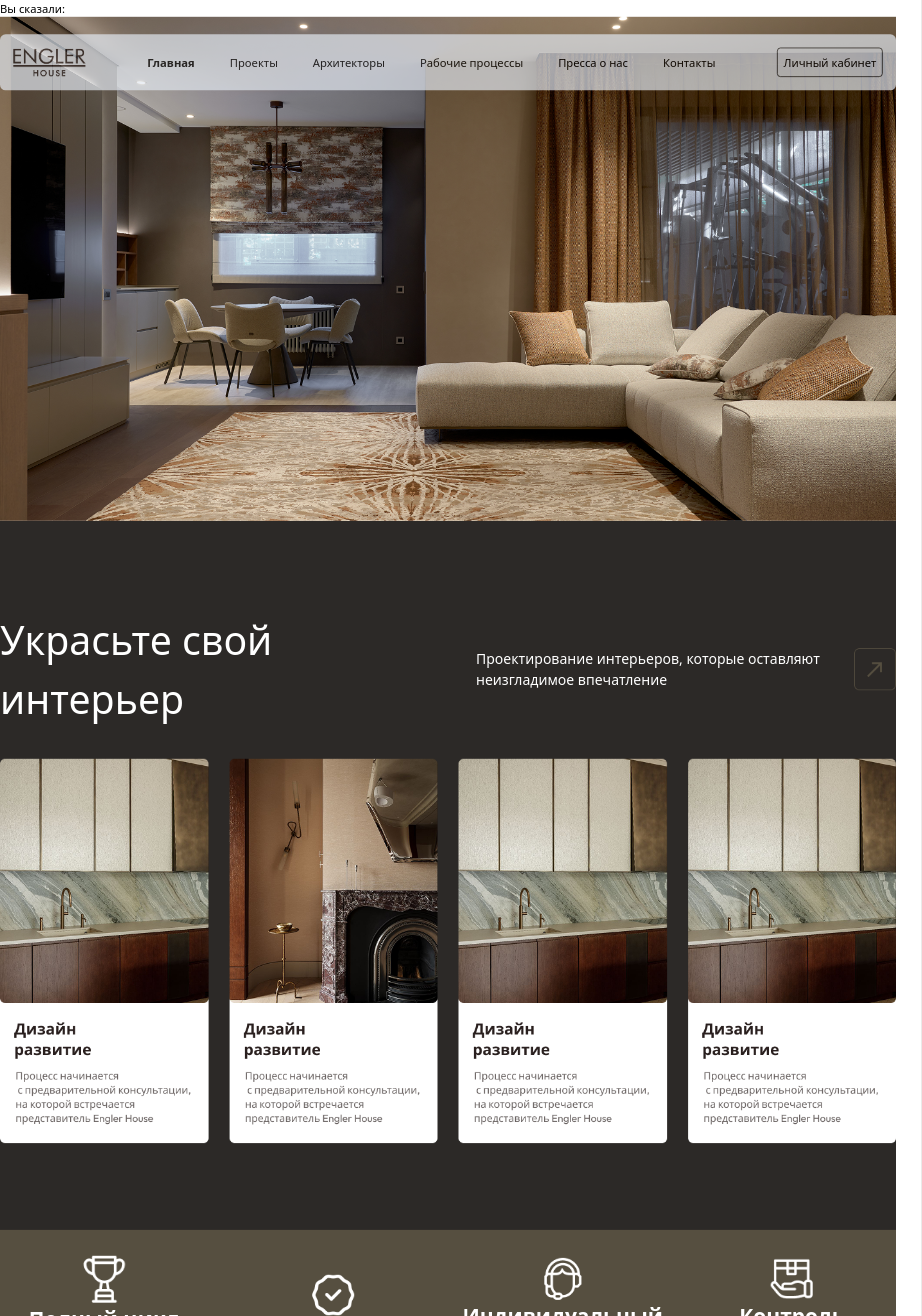
Repository: Quvonch299/figma
Page: index.html
The author's editor kept a copy of each file at every save. The page is drawn from the files as they stood at one save, then again after the next save.
The browser window is 1280 px wide. The page is 1317 px wide, so the pictures cover 1317 px, including what lies to the right of the window. The pictures show the part of the page from y = 0 to 1880 px (the page is 5203 px tall before and 5179 px after), at 70% of full size.

Above is the page before, as saved 2025-10-06 20:38:03.

### index.html
Вы сказали:
<!DOCTYPE html>
<html lang="en">

<head>
    <meta charset="UTF-8">
    <meta name="viewport" content="width=device-width, initial-scale=1.0">

    <title>ENGLISH HOME</title>
    <link rel="stylesheet" href="style.css">
    <script src="https://cdn.jsdelivr.net/npm/@tailwindcss/browser@4"></script>

</head>

<body>
    <header class="header relative">
        <nav class="navbar pt-[25px]">
            <div class="container">
                <div
                    class="item flex justify-between items-center bg-slate-200 p-[19px] rounded-[8px] opacity-70 relative">

                    <div class="logo">
                        <img src="./imgs/header/header_logo.png" alt="logo" class="w-[140px]">
                    </div>

                    <button id="menu-btn"
                        class="sm:hidden flex flex-col justify-center items-center space-y-1.5 w-8 h-8 bg-black text-white rounded-md">
                        <span class="w-5 h-[2px] bg-white block"></span>
                        <span class="w-5 h-[2px] bg-white block"></span>
                        <span class="w-5 h-[2px] bg-white block"></span>
                    </button>

                    <div id="menu"
                        class="list flex gap-[50px] max-sm:hidden absolute sm:static top-full left-0 w-full sm:w-auto bg-slate-100 sm:bg-transparent flex-col sm:flex-row items-center sm:space-y-0 space-y-4 p-5 sm:p-0 rounded-b-lg z-50">
                        <a class="text-[black] font-bold" href="./pages/index.htm">Главная</a>
                        <a class="text-[black] hover:font-bold" href="./pages/index.html">Проекты</a>
                        <a class="text-[black] hover:font-bold" href="./pages/index3.html">Архитекторы</a>
                        <a class="text-[black] hover:font-bold" href="./pages/index4.html">Рабочие процессы</a>
                        <a class="text-[black] hover:font-bold" href="./pages/index5.html">Пресса о нас</a>
                        <a class="text-[black] hover:font-bold" href="./pages/index6.html">Контакты</a>
                        <button
                            class="border border-black px-3 py-2 rounded-md hover:bg-black hover:text-white transition sm:hidden">Личный
                            кабинет</button>
                    </div>

                    <div class="btn max-sm:hidden">
                        <button class="border p-2 rounded-[5px]">Личный кабинет</button>
                    </div>

                </div>
            </div>
        </nav>
    </header>

    <main class="main bg-[#2C2927]">
        <section class="sec_1">
            <div class="container">
                <div
                    class="sec_contan1 grid grid-cols-2 pt-[128px] gap-[80px] justify-center items-center max-sm:flex max-sm:flex-col max-sm:gap-0">
                    <h2 class="text-white text-[56px] max-sm:text-[30px]">Украсьте свой интерьер</h2>
                    <p
                        class="text-white text-[20px] max-sm:text-[16px] flex gap-[40px] hover:text-white/35 duration-500 hover:scale-90 ">
                        Проектирование
                        интерьеров,
                        которые оставляют
                        неизгладимое
                        впечатление<img class="max-sm:h-[50px]" src="./imgs/section.png" alt=""></p>
                </div>
            </div>
        </section>
        <section class="sec_2">
            <div class="container">
                <div class="sec_contan2 grid grid-cols-4 gap-[30px] pt-[44px] max-sm:grid-cols-2">
                    <img class="hover:translate-y-[-40px] transition-all divide-purple-700"
                        src="./imgs/section.img/sec.png" alt="">
                    <img class="hover:translate-y-[-40px] transition-all divide-purple-700"
                        src="./imgs/section.img/sec3.png" alt="">
                    <img class="hover:translate-y-[-40px] transition-all divide-purple-700"
                        src="./imgs/section.img/sec.png" alt="">
                    <img class="hover:translate-y-[-40px] transition-all divide-purple-700"
                        src="./imgs/section.img/sec.png" alt="">
                </div>
            </div>
        </section>
        <section
            class="sec_3 mt-[124px] bg-[#564F40] h-[274px] flex justify-center items-center max-sm:h-auto max-sm:py-10 max-sm:px-4">
            <div class="sec_contan3 grid grid-cols-4 gap-[30px] max-sm:grid-cols-2 max-sm:gap-[20px] max-sm:w-full">
                <div class="item text-white flex flex-col justify-center items-center text-center max-sm:gap-2">
                    <img src="./imgs/section.img/kubok.png" alt="" class="w-[60px] max-sm:w-[40px]">
                    <h2 class="text-[30px] max-sm:text-[20px] font-semibold">Полный цикл работ</h2>
                    <p class="text-[16px] text-white/40 max-sm:text-[13px] leading-snug">
                        От эскиза до готового интерьера<br>
                        — под ключ
                    </p>
                </div>

                <div class="item text-white flex flex-col justify-center items-center text-center max-sm:gap-2">
                    <img src="./imgs/section.img/galichka.png" alt="" class="w-[60px] max-sm:w-[40px]">
                    <h2 class="text-[30px] max-sm:text-[20px] font-semibold">3D-визуализация</h2>
                    <p class="text-[16px] text-white/40 max-sm:text-[13px] leading-snug">
                        Увидите свой будущий интерьер <br> еще до начала ремонта
                    </p>
                </div>

                <div class="item text-white flex flex-col justify-center items-center text-center max-sm:gap-2">
                    <img src="./imgs/section.img/operator.png" alt="" class="w-[60px] max-sm:w-[40px]">
                    <h2 class="text-[30px] max-sm:text-[20px] font-semibold">Индивидуальный подход</h2>
                    <p class="text-[16px] text-white/40 max-sm:text-[13px] leading-snug">
                        Интерьер, который отражает<br> именно ваш характер
                    </p>
                </div>

                <div class="item text-white flex flex-col justify-center items-center text-center max-sm:gap-2">
                    <img src="./imgs/section.img/shipping.png" alt="" class="w-[60px] max-sm:w-[40px]">
                    <h2 class="text-[30px] max-sm:text-[20px] font-semibold">Контроль качества</h2>
                    <p class="text-[16px] text-white/40 max-sm:text-[13px] leading-snug">
                        Гарантия, что проект будет<br> реализован точно по плану
                    </p>
                </div>
            </div>
        </section>
        <section class="sec_4">
            <div class="container">
                <div class="sec_contan4">
                    <div
                        class="sec_contan1 grid grid-cols-2 pt-[128px] gap-[80px] justify-center items-center max-sm:grid-cols-1 max-sm:pt-[60px] max-sm:gap-[20px] max-sm:text-center max-sm:px-4">
                        <h2 class="text-white text-[56px] max-sm:text-[32px] font-semibold">Наши проекты</h2>
                        <p
                            class="text-white text-[20px] flex gap-[40px] hover:text-white/35 duration-500 hover:scale-90 max-sm:text-[14px] max-sm:flex-col max-sm:gap-[10px] max-sm:items-center max-sm:justify-center">
                            Проектирование интерьеров, которые оставляют
                            неизгладимое впечатление
                            <img class="text-white w-[40px] max-sm:w-[30px]" src="./imgs/section.img/sec_copy.png"
                                alt="">
                        </p>
                    </div>
                </div>
            </div>
        </section>

        <section class="py-24 bg-[#2C2927] max-sm:py-12 max-sm:px-4">
            <div class="container mx-auto px-6 max-sm:px-0">
                <div class="sec_contan5">
                    <div class="grid grid-cols-1 md:grid-cols-3 gap-8 cards max-sm:gap-6">

                        <div class="relative group overflow-hidden rounded-xl cursor-pointer card">
                            <img src="./imgs/section.img/sec3 copy.png" alt="Проект"
                                class="w-full h-[450px] object-cover transition-transform duration-500 group-hover:scale-105 max-sm:h-[280px]">
                            <div
                                class="absolute bottom-0 left-0 right-0 bg-[#5C5247] text-white p-6 translate-y-full group-hover:translate-y-0 transition-all duration-500 card_hover max-sm:p-4 max-sm:text-center">
                                <h3 class="text-xl font-semibold mb-2 max-sm:text-[18px]">Проект</h3>
                                <p class="text-sm mb-4 max-sm:text-[13px]">Процесс начинается с создания вдохновенного
                                    интерьера</p>
                                <div class="flex justify-end max-sm:justify-center">
                                    <img src="./imgs/header/heder_input_img.png" alt="strelka" class="w-6 h-6">
                                </div>
                            </div>
                        </div>

                        <div class="relative group overflow-hidden rounded-xl cursor-pointer card">
                            <img src="./imgs/section.img/sec4.png" alt="Проект"
                                class="w-full h-[450px] object-cover transition-transform duration-500 group-hover:scale-105 max-sm:h-[280px]">
                            <div
                                class="absolute bottom-0 left-0 right-0 bg-[#5C5247] text-white p-6 translate-y-full group-hover:translate-y-0 transition-all duration-500 card_hover max-sm:p-4 max-sm:text-center">
                                <h3 class="text-xl font-semibold mb-2 max-sm:text-[18px]">Проект</h3>
                                <p class="text-sm mb-4 max-sm:text-[13px]">Процесс начинается с создания вдохновенного
                                    интерьера</p>
                                <div class="flex justify-end max-sm:justify-center">
                                    <img src="./imgs/header/heder_input_img.png" alt="strelka" class="w-6 h-6">
                                </div>
                            </div>
                        </div>

                        <div class="relative group overflow-hidden rounded-xl cursor-pointer card">
                            <img src="./imgs/section.img/sec5.png" alt="Проект"
                                class="w-full h-[450px] object-cover transition-transform duration-500 group-hover:scale-105 max-sm:h-[280px]">
                            <div
                                class="absolute bottom-0 left-0 right-0 bg-[#5C5247] text-white p-6 translate-y-full group-hover:translate-y-0 transition-all duration-500 card_hover max-sm:p-4 max-sm:text-center">
                                <h3 class="text-xl font-semibold mb-2 max-sm:text-[18px]">Проект</h3>
                                <p class="text-sm mb-4 max-sm:text-[13px]">Процесс начинается с создания вдохновенного
                                    интерьера</p>
                                <div class="flex justify-end max-sm:justify-center">
                                    <img src="./imgs/header/heder_input_img.png" alt="strelka" class="w-6 h-6">
                                </div>
                            </div>
                        </div>

                    </div>
                </div>
            </div>
        </section>


        <section class="sec_7 bg-[#564F40] p-[124px] max-sm:p-[40px]">
            <div class="container">
                <div class="sec_contan7 grid grid-cols-2 gap-[54px] max-sm:grid-cols-1 max-sm:gap-[30px]">
                    <div class="left flex justify-center">
                        <img src="./imgs/section.img/ChatGPT Image 2 окт. 2025 г., 18_27_01.png" alt=""
                            class="w-full max-sm:w-[90%] rounded-[8px]">
                    </div>
                    <div class="rigth">
                        <div
                            class="grid grid-cols-2 gap-[0px] justify-center items-center max-sm:grid-cols-1 max-sm:text-center">
                            <h2 class="text-[43px] text-white font-mono max-sm:text-[28px] max-sm:mb-4">Пресса о нас
                            </h2>
                            <img class="ml-[176px] max-sm:ml-0 max-sm:mx-auto max-sm:w-[50px]"
                                src="./imgs/secAll/query.png" alt="">
                        </div>
                        <div class="h2&&p mt-[74px] grid gap-5 max-sm:mt-[40px]">
                            <div>
                                <h2 class="text-white text-[24px] font-bold max-sm:text-[20px]">Высокое качество</h2>
                                <p class="text-[16px] text-white/40 max-sm:text-[14px]">Изготовлен из
                                    высококачественных<br> материалов</p>
                            </div>
                            <div>
                                <h2 class="text-white text-[24px] font-bold max-sm:text-[20px]">Гарантийная защита</h2>
                                <p class="text-[16px] text-white/40 max-sm:text-[14px]">Более 2 лет</p>
                            </div>
                            <div>
                                <h2 class="text-white text-[24px] font-bold max-sm:text-[20px]">Беплатная доставка</h2>
                                <p class="text-[16px] text-white/40 max-sm:text-[14px]">Заказ на сумму более 150
                                    долларов</p>
                            </div>
                            <div>
                                <h2 class="text-white text-[24px] font-bold max-sm:text-[20px]">Поддержка 24/7</h2>
                                <p class="text-[16px] text-white/40 max-sm:text-[14px]">Специальная поддержка</p>
                            </div>
                        </div>
                    </div>
                </div>
            </div>
        </section>

        <section class="sec_8 pb-[90px] max-sm:pb-[40px]">
            <div class="container">
                <div class="sec_contan8">
                    <div
                        class="sec_contan1 grid grid-cols-2 pt-[128px] gap-[80px] justify-center items-center mb-[98px] max-sm:grid-cols-1 max-sm:pt-[60px] max-sm:gap-[30px] max-sm:text-center">
                        <h2 class="text-white text-[56px] max-sm:text-[32px]">Наши архитекторы</h2>
                        <p
                            class="text-white text-[20px] flex gap-[40px] hover:text-white/35 duration-500 hover:scale-90 max-sm:text-[16px] max-sm:justify-center max-sm:flex-col max-sm:items-center">
                            Проектирование интерьеров, которые оставляют неизгладимое впечатление
                            <img class="text-white max-sm:mt-[10px] max-sm:w-[50px]"
                                src="./imgs/section.img/sec_copy.png" alt="">
                        </p>
                    </div>

                    <div
                        class="sec_contan6 grid grid-cols-4 gap-[44px] max-sm:grid-cols-1 max-sm:gap-[30px] max-sm:justify-items-center">
                        <div
                            class="item w-[324px] bg-white rounded-[8px] hover:translate-y-[-50px] duration-700 hover:bg-[#564F40] hover:text-white max-sm:w-[90%]">
                            <img class="w-full" src="./imgs/section.img/sec4.png" alt="">
                            <div class="p-[15px]">
                                <h2 class="text-[24px] font-bold max-sm:text-[20px]">Архитектор 1</h2>
                                <p class="text-[16px] max-sm:text-[14px]">Процесс начинается с создания вдохновенного
                                    интерьера</p>
                            </div>
                        </div>

                        <div
                            class="item w-[324px] bg-white rounded-[8px] hover:translate-y-[-50px] duration-700 hover:bg-[#564F40] hover:text-white max-sm:w-[90%]">
                            <img class="w-full" src="./imgs/section.img/sec5.png" alt="">
                            <div class="p-[15px]">
                                <h2 class="text-[24px] font-bold max-sm:text-[20px]">Архитектор 2</h2>
                                <p class="text-[16px] max-sm:text-[14px]">Процесс начинается с создания вдохновенного
                                    интерьера</p>
                            </div>
                        </div>

                        <div
                            class="item w-[324px] bg-white rounded-[8px] hover:translate-y-[-50px] duration-700 hover:bg-[#564F40] hover:text-white max-sm:w-[90%]">
                            <img class="w-full" src="./imgs/section.img/sec4.png" alt="">
                            <div class="p-[15px]">
                                <h2 class="text-[24px] font-bold max-sm:text-[20px]">Архитектор 3</h2>
                                <p class="text-[16px] max-sm:text-[14px]">Процесс начинается с создания вдохновенного
                                    интерьера</p>
                            </div>
                        </div>

                        <div
                            class="item w-[324px] bg-white rounded-[8px] hover:translate-y-[-50px] duration-700 hover:bg-[#564F40] hover:text-white max-sm:w-[90%]">
                            <img class="w-full" src="./imgs/section.img/sec4.png" alt="">
                            <div class="p-[15px]">
                                <h2 class="text-[24px] font-bold max-sm:text-[20px]">Архитектор 4</h2>
                                <p class="text-[16px] max-sm:text-[14px]">Процесс начинается с создания вдохновенного
                                    интерьера</p>
                            </div>
                        </div>
                    </div>
                </div>
            </div>
        </section>


    </main>
    <footer class="footer bg-[#2C2926] border-t-2 border-white/20 pt-9 pb-10">
        <div class="container">
            <div class="f_contant">
                <div
                    class="itemas text-white grid grid-cols-3 pb-[54px] gap-[50px] max-sm:grid-cols-1 max-sm:gap-[40px] max-sm:text-center">
                    <div>
                        <img src="./imgs/foote logo.png" alt="" class="mx-auto max-sm:w-[120px]">
                        <p class="text-white/55 pt-10 max-sm:pt-5 text-[16px]">
                            Проектирование интерьеров,<br>
                            которые оставляют неизгладимое<br> впечатление
                        </p>
                    </div>

                    <div
                        class="grid grid-cols-2 gap-[74px] max-sm:grid-cols-1 max-sm:gap-[30px] max-sm:justify-items-center">
                        <div class="flex gap-[34px] flex-col max-sm:items-center">
                            <h2 class="text-[22px] font-bold">Навигация</h2>
                            <a href="#" class="hover:text-white/50 duration-300">Главная</a>
                            <a href="#" class="hover:text-white/50 duration-300">Проекты</a>
                            <a href="#" class="hover:text-white/50 duration-300">Архитекторы</a>
                            <a href="#" class="hover:text-white/50 duration-300">Рабочие процессы</a>
                            <a href="#" class="hover:text-white/50 duration-300">Пресса о нас</a>
                            <a href="#" class="hover:text-white/50 duration-300">Контакты</a>
                        </div>
                        <div class="flex flex-col gap-[34px] max-sm:items-center">
                            <h2 class="text-[22px] font-bold">Помощь</h2>
                            <a href="#" class="hover:text-white/50 duration-300">Способы оплаты</a>
                            <a href="#" class="hover:text-white/50 duration-300">Политика конфиденциальности</a>
                        </div>
                    </div>

                    <div class="flex flex-col gap-[36px] max-sm:items-center">
                        <div>
                            <h2 class="text-[29px] text-white/50">Рассылка</h2>
                        </div>
                        <form class="flex items-center gap-3 max-sm:flex-col max-sm:gap-4">
                            <input
                                class="outline-none border-b bg-transparent text-white placeholder-white/40 focus:border-white transition-all duration-300 max-sm:w-[90%]"
                                type="email" placeholder="Ваш email">
                            <button
                                class="bg-white text-black p-3 rounded-[14px] hover:bg-[#C4B89C] transition-all duration-300 max-sm:w-[90%]">
                                Подписаться >
                            </button>
                        </form>
                    </div>
                </div>

                <div
                    class="text-white flex justify-between border-t pt-[34px] text-[14px] max-sm:flex-col max-sm:items-center max-sm:gap-[15px] max-sm:text-center">
                    <h2>© 2025 Все права защищены. Engler House</h2>
                    <h2>Правила и условия | Политика конфиденциальности</h2>
                </div>
            </div>
        </div>
    </footer>



    <script src="./js/app.js"></script>
</body>

</html>

### style.css
 .container {
     max-width: 1320px;
     margin: auto;
 }

 header {
     background: url(./imgs/header/header_backgroun_img.png) center/cover no-repeat;
     height: 100vh;
     /* display: none; */
 }

 header img {
     width: 100%;

 }

 .lichni {
     display: none;
 }

 .input {
     border-bottom: 2px solid black;
 }

 .error {
     border-bottom: 2px solid red;
 }

Loaded but not shown: js/app.js (no stored copy; drawn as an empty file)

After the next save:
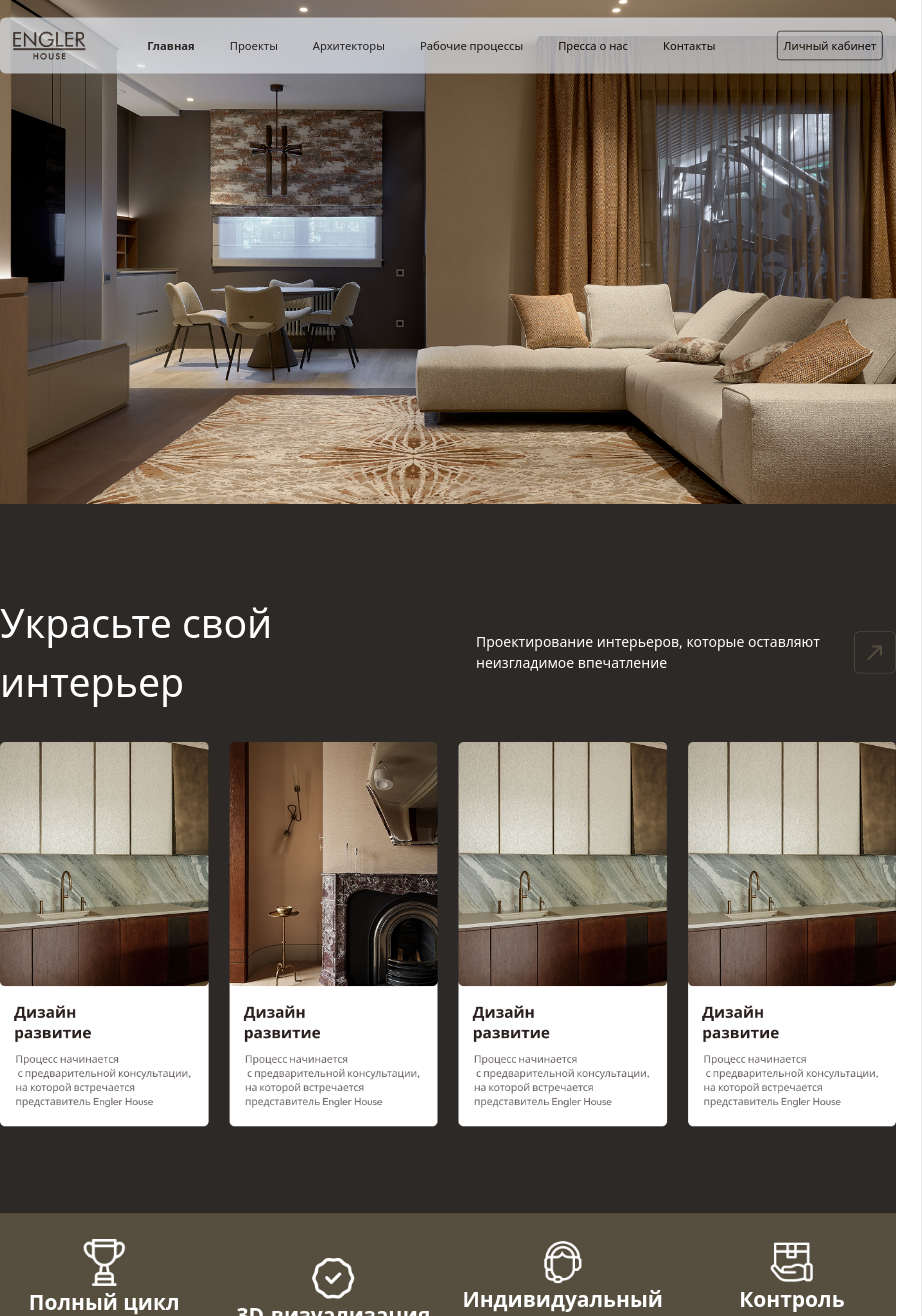
Saved 76 s later.
--- a/index.html
+++ b/index.html
@@ -1,4 +1,3 @@
-Вы сказали:
 <!DOCTYPE html>
 <html lang="en">
 
